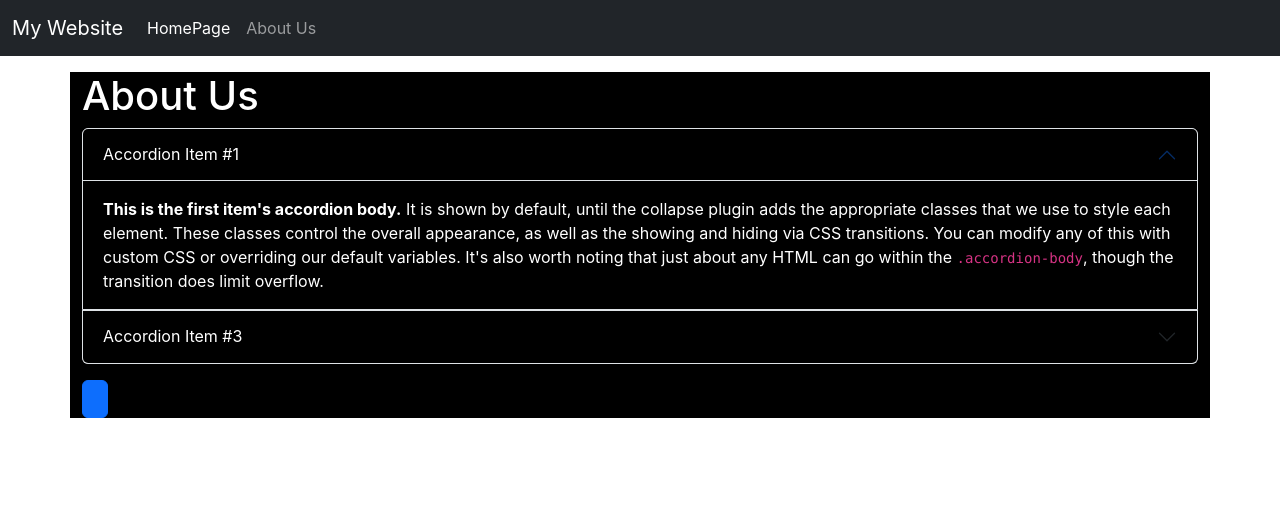
Repository: WajihaGul/Reactjs
Page: /
An editor plug-in stored every save of this project. The page is shown before and after the next save, followed by the edit.
The browser window is 1280 px wide. The pictures show the whole page.
The project was rebuilt for these pictures with package versions that can differ from the ones it lists, and the page was loaded fresh each time. Also part of the build but not shown: src/App.css.

Above is the page before, as saved 2024-02-07 20:27:41.

### public/index.html
<!DOCTYPE html>
<html lang="en">
  <head>
    <meta charset="utf-8" />
    <link rel="icon" href="%PUBLIC_URL%/favicon.ico" />
    <meta name="viewport" content="width=device-width, initial-scale=1" />
    <meta name="theme-color" content="#000000" />
    <meta
      name="description"
      content="Web site created using create-react-app"
    />
    <link rel="apple-touch-icon" href="%PUBLIC_URL%/logo192.png" />
    <!--
      manifest.json provides metadata used when your web app is installed on a
      user's mobile device or desktop. See https://developers.google.com/web/fundamentals/web-app-manifest/
    -->
    <link rel="manifest" href="%PUBLIC_URL%/manifest.json" />
    <!--
      Notice the use of %PUBLIC_URL% in the tags above.
      It will be replaced with the URL of the `public` folder during the build.
      Only files inside the `public` folder can be referenced from the HTML.

      Unlike "/favicon.ico" or "favicon.ico", "%PUBLIC_URL%/favicon.ico" will
      work correctly both with client-side routing and a non-root public URL.
      Learn how to configure a non-root public URL by running `npm run build`.
    -->


    <link href="https://cdn.jsdelivr.net/npm/bootstrap@5.3.2/dist/css/bootstrap.min.css" rel="stylesheet" integrity="sha384-T3c6CoIi6uLrA9TneNEoa7RxnatzjcDSCmG1MXxSR1GAsXEV/Dwwykc2MPK8M2HN" crossorigin="anonymous">
    <title>React App</title>

  </head>
  <body>
    <noscript>You need to enable JavaScript to run this app.</noscript>
    <div id="root"></div>
    <script src="https://cdn.jsdelivr.net/npm/bootstrap@5.3.2/dist/js/bootstrap.bundle.min.js" integrity="sha384-C6RzsynM9kWDrMNeT87bh95OGNyZPhcTNXj1NW7RuBCsyN/o0jlpcV8Qyq46cDfL" crossorigin="anonymous"></script>

  </body>
</html>

### src/App.js
import logo from './logo.svg';
import './App.css';
import Navbar from './Components/Navbar';
import About from './Components/About';



function App() {
  {/*const [mode, setMode]=useState('light');
  const switchMode = () => {
    setMode((mode) => (mode === 'light' ? 'dark' : 'light'));
  };

const toggleMode = ()=>{
  if(mode === 'light'){
    setMode('dark');
    document.body.style.backgroundColor = '#042743';
    showAlert("Dark mode has been enabled", "success");
  }
  else{
    setMode('light');
    document.body.style.backgroundColor = 'white';
    showAlert("Light mode has been enabled", "success");
  }
}
*/}
  return (
<>
<Navbar title="My Website" about="About Us" home="HomePage"   />
<About/>
</>
  );
}

export default App;

### src/Components/Navbar.js
import React from 'react'
import PropTypes from 'prop-types'
export default function Navbar(props) {
  return (
    <nav className="navbar navbar-expand-lg navbar-dark bg-dark">
        <div className="container-fluid">
          <a className="navbar-brand" href="/">{props.title}</a>
          <button className="navbar-toggler" type="button" data-bs-toggle="collapse" data-bs-target="#navbarSupportedContent" aria-controls="navbarSupportedContent" aria-expanded="false" aria-label="Toggle navigation">
            <span className="navbar-toggler-icon"></span>
          </button>
          <div className="collapse navbar-collapse" id="navbarSupportedContent">
            <ul className="navbar-nav me-auto mb-2 mb-lg-0">
              <li className="nav-item">
                <a className="nav-link active" aria-current="page" href="/">{props.home}</a>
              </li>
              <li className="nav-item">
                <a className="nav-link" href="/">{props.about}</a>
              </li>

            </ul>
            {/*<form className="d-flex" role="search">
              <input className="form-control me-2" type="search" placeholder="Search" aria-label="Search"/>
              <button className="btn btn-outline-success" type="submit">Search</button>
            </form>

            <div className="form-check form-switch">
              <input className="form-check-input" onClick={props.switchMode} type="checkbox" role="switch" id="flexSwitchCheckDefault" />
               <label className="form-check-label" htmlFor="flexSwitchCheckDefault">Switch Mode</label>
              </div>

                <div className={`form-check form-switch text-${props.mode==='light'?'dark':'light'}`}>
                        <input className="form-check-input" onClick={props.toggleMode} type="checkbox" id="flexSwitchCheckDefault"/>
                        <label className="form-check-label" htmlFor="flexSwitchCheckDefault">Enable DarkMode</label>
                    </div>
                    */}
          </div>
        </div>
      </nav>
  )
}
Navbar.propTypes = {
    title: PropTypes.string ,
    about: PropTypes.string ,
    home: PropTypes.string
}
Navbar.defaultProps = {
    title : "Home",
    about : "About",

}

### src/Components/About.js
import React from 'react'
import { useState } from 'react'

export default function About() {
    const [style, setStyle] = useState({
        color: 'white' ,
        backgroundColor: 'black'
    })

    const [btnText, setBtnText]=useState('Switch to Dark Mode')

    const toggleMode=()=>{
    if(style.color==='white'){
        setStyle({
            color: 'black' ,
            backgroundColor: 'white'
        })
        setBtnText('Switch to Light Mode')
    }
        else{
            setStyle({
                color: 'white' ,
                backgroundColor: 'black'
        })
        setBtnText('Switch to Dark Mode')
    }
    }
    return (
    <div className='container my-3' style={style}>
        <h1>About Us</h1>
<div className="accordion" id="accordionExample" style={style}>
  <div className="accordion-item">
    <h2 className="accordion-header">
      <button  className="accordion-button" style={style} type="button" data-bs-toggle="collapse" data-bs-target="#collapseOne" aria-expanded="true" aria-controls="collapseOne">
        Accordion Item #1
      </button>
    </h2>
    <div id="collapseOne" className="accordion-collapse collapse show" data-bs-parent="#accordionExample">
      <div className="accordion-body" style={style}>
        <strong>This is the first item's accordion body.</strong> It is shown by default, until the collapse plugin adds the appropriate classes that we use to style each element. These classes control the overall appearance, as well as the showing and hiding via CSS transitions. You can modify any of this with custom CSS or overriding our default variables. It's also worth noting that just about any HTML can go within the <code>.accordion-body</code>, though the transition does limit overflow.
      </div>
    </div>
  </div>
  <div className="accordion-item" >
    <h2 className="accordion-header">
      {/* <button style={setStyle} className="accordion-button collapsed" type="button" data-bs-toggle="collapse" data-bs-target="#collapseTwo" aria-expanded="false" aria-controls="collapseTwo">
        Accordion Item #2
      </button> */}
    </h2>
    <div id="collapseTwo" className="accordion-collapse collapse" data-bs-parent="#accordionExample">
      <div className="accordion-body" style={style}>
        <strong>This is the second item's accordion body.</strong> It is hidden by default, until the collapse plugin adds the appropriate classes that we use to style each element. These classes control the overall appearance, as well as the showing and hiding via CSS transitions. You can modify any of this with custom CSS or overriding our default variables. It's also worth noting that just about any HTML can go within the <code>.accordion-body</code>, though the transition does limit overflow.
      </div>
    </div>
  </div>
  <div className="accordion-item">
    <h2 className="accordion-header">
      <button className="accordion-button collapsed" style={style} type="button" data-bs-toggle="collapse" data-bs-target="#collapseThree" aria-expanded="false" aria-controls="collapseThree">
        Accordion Item #3
      </button>
    </h2>
    <div id="collapseThree" className="accordion-collapse collapse" data-bs-parent="#accordionExample">
      <div className="accordion-body" style={style}>
        <strong>This is the third item's accordion body.</strong> It is hidden by default, until the collapse plugin adds the appropriate classes that we use to style each element. These classes control the overall appearance, as well as the showing and hiding via CSS transitions. You can modify any of this with custom CSS or overriding our default variables. It's also worth noting that just about any HTML can go within the <code>.accordion-body</code>, though the transition does limit overflow.
      </div>
    </div>
  </div>
</div>
<div className='my-3'>
  <input className="btn btn-primary" type="button" btnText onClick={toggleMode}></input>
</div>
</div>
  )
}

Loaded but not shown: src/index.js (common file); src/index.css (common file); src/reportWebVitals.js (common file)

After the next save:
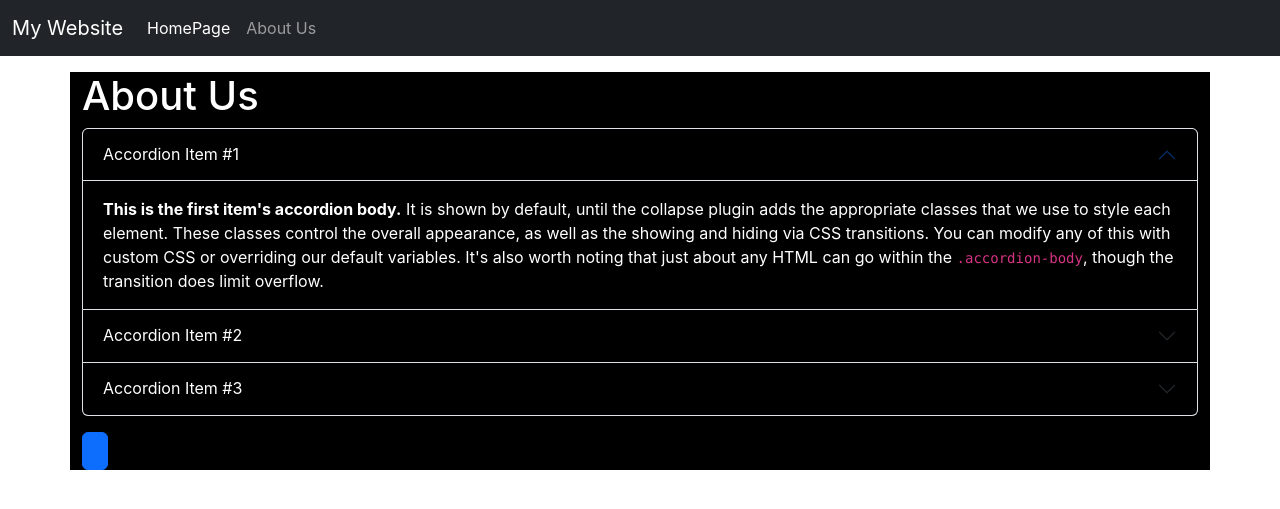
Saved 40 s later.
--- a/src/Components/About.js
+++ b/src/Components/About.js
@@ -43,9 +43,9 @@ export default function About() {
   </div>
   <div className="accordion-item" >
     <h2 className="accordion-header">
-      {/* <button style={setStyle} className="accordion-button collapsed" type="button" data-bs-toggle="collapse" data-bs-target="#collapseTwo" aria-expanded="false" aria-controls="collapseTwo">
+      <button style={style} className="accordion-button collapsed" type="button" data-bs-toggle="collapse" data-bs-target="#collapseTwo" aria-expanded="false" aria-controls="collapseTwo">
         Accordion Item #2
-      </button> */}
+      </button>
     </h2>
     <div id="collapseTwo" className="accordion-collapse collapse" data-bs-parent="#accordionExample">
       <div className="accordion-body" style={style}>
